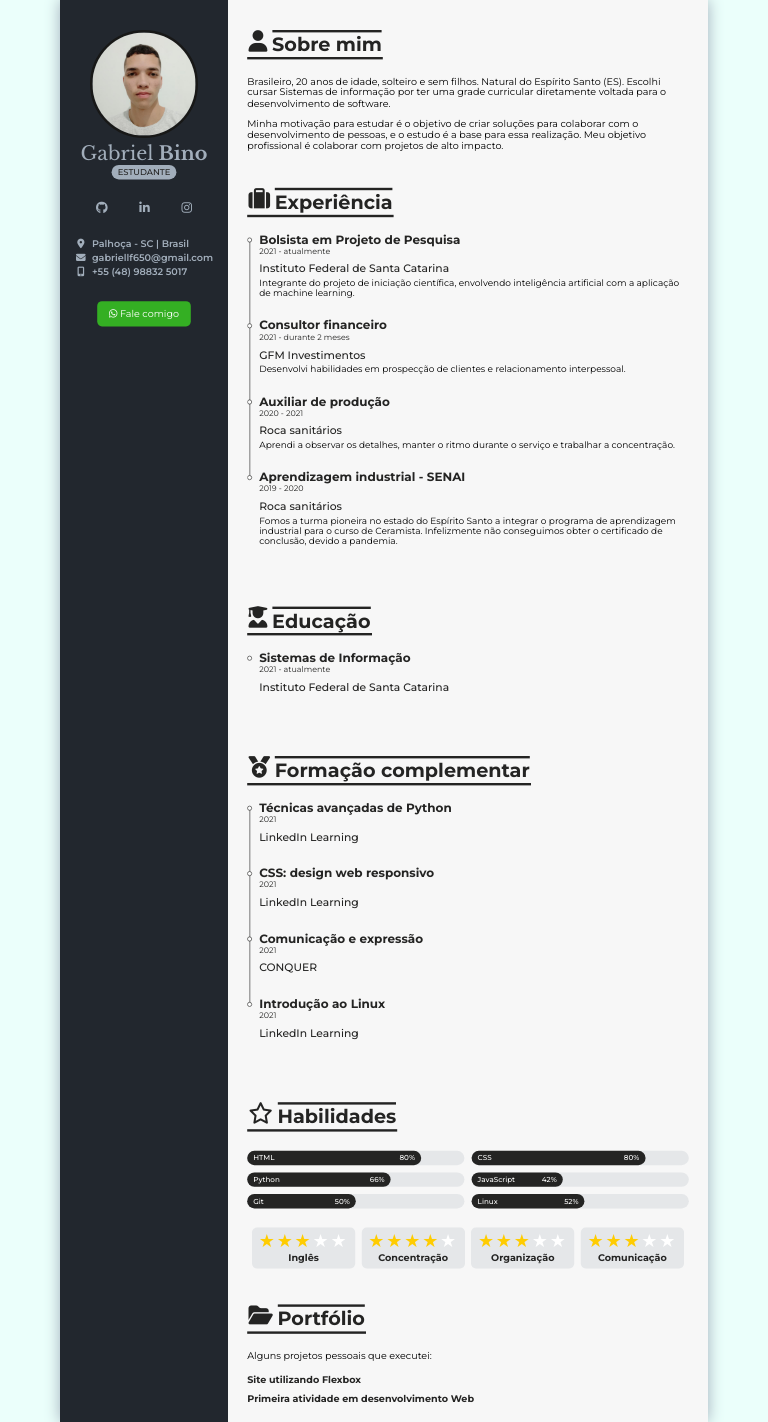
Repository: gabrielbino/curriculoResponsivo
Page: index.html
The author's editor kept a copy of each file at every save. The page is drawn from the files as they stood at one save, then again after the next save.
The browser window is 1280 px wide. The pictures show the whole page, at 60% of full size.
Some web libraries are served in a nearby version.

Above is the page before, as saved 2021-11-15 14:54:35.

After the next save:
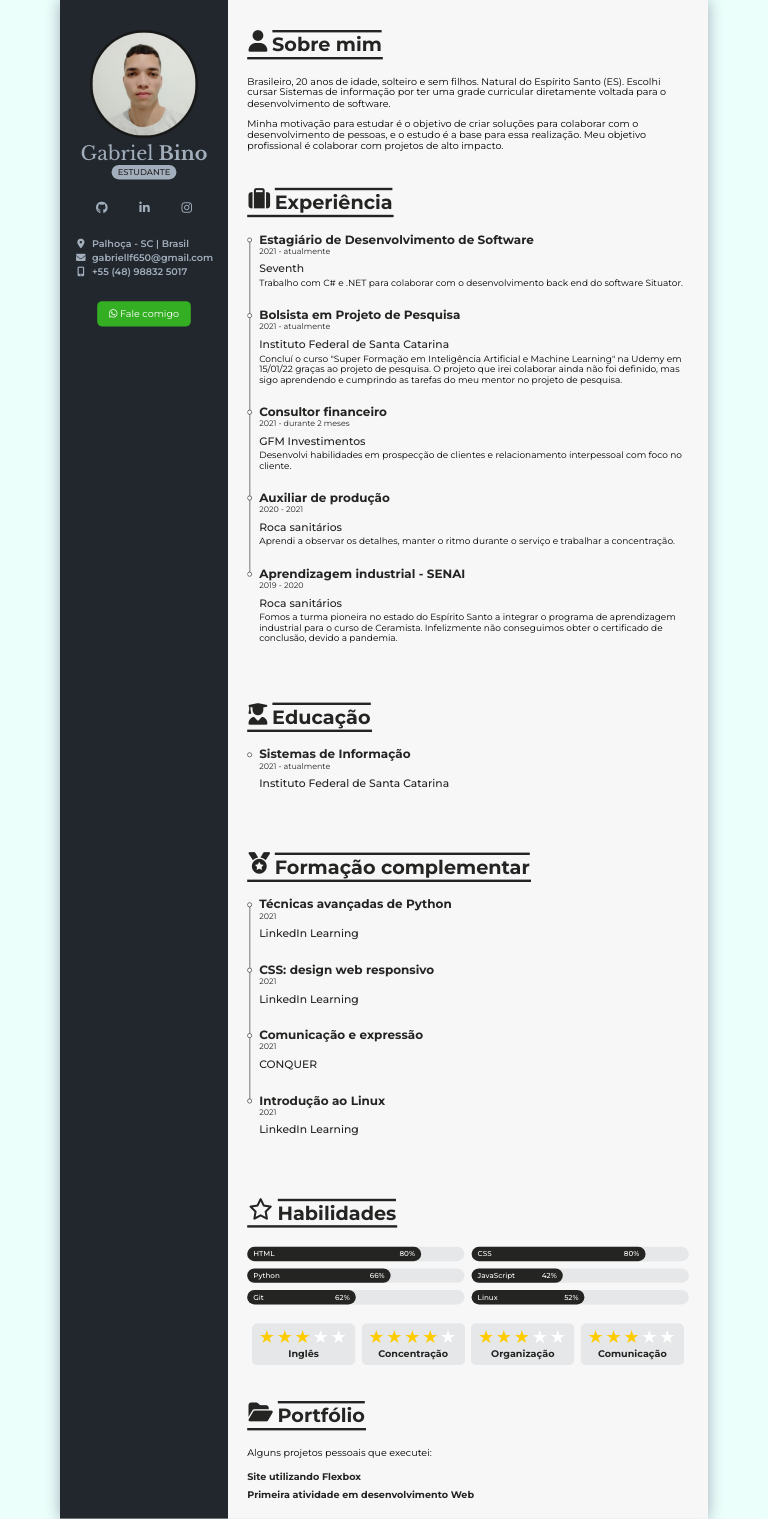
Saved 63 days later.
--- a/index.html
+++ b/index.html
@@ -98,14 +98,28 @@
           </div>
           <ul class="timeline">
             <li>
+              <h4 class="timeline-title">
+                Estagiário de Desenvolvimento de Software
+              </h4>
+              <h5 class="timeline-time">2021 - atualmente</h5>
+              <h6 class="timeline-place">Seventh</h6>
+              <p class="timeline-text">
+                Trabalho com C# e .NET para colaborar com o desenvolvimento back
+                end do software Situator.
+              </p>
+            </li>
+            <li>
               <h4 class="timeline-title">Bolsista em Projeto de Pesquisa</h4>
               <h5 class="timeline-time">2021 - atualmente</h5>
               <h6 class="timeline-place">
                 Instituto Federal de Santa Catarina
               </h6>
               <p class="timeline-text">
-                Integrante do projeto de iniciação científica, envolvendo
-                inteligência artificial com a aplicação de machine learning.
+                Concluí o curso "Super Formação em Inteligência Artificial e
+                Machine Learning" na Udemy em 15/01/22 graças ao projeto de
+                pesquisa. O projeto que irei colaborar ainda não foi definido,
+                mas sigo aprendendo e cumprindo as tarefas do meu mentor no
+                projeto de pesquisa.
               </p>
             </li>
             <li>
@@ -114,7 +128,7 @@
               <h6 class="timeline-place">GFM Investimentos</h6>
               <p class="timeline-text">
                 Desenvolvi habilidades em prospecção de clientes e
-                relacionamento interpessoal.
+                relacionamento interpessoal com foco no cliente.
               </p>
             </li>
             <li>
@@ -224,7 +238,7 @@
               <div class="progress-bar" role="progressbar" style="width: 50%">
                 <div class="progress-text">
                   <span>Git</span>
-                  <span>50%</span>
+                  <span>62%</span>
                 </div>
               </div>
             </div>
